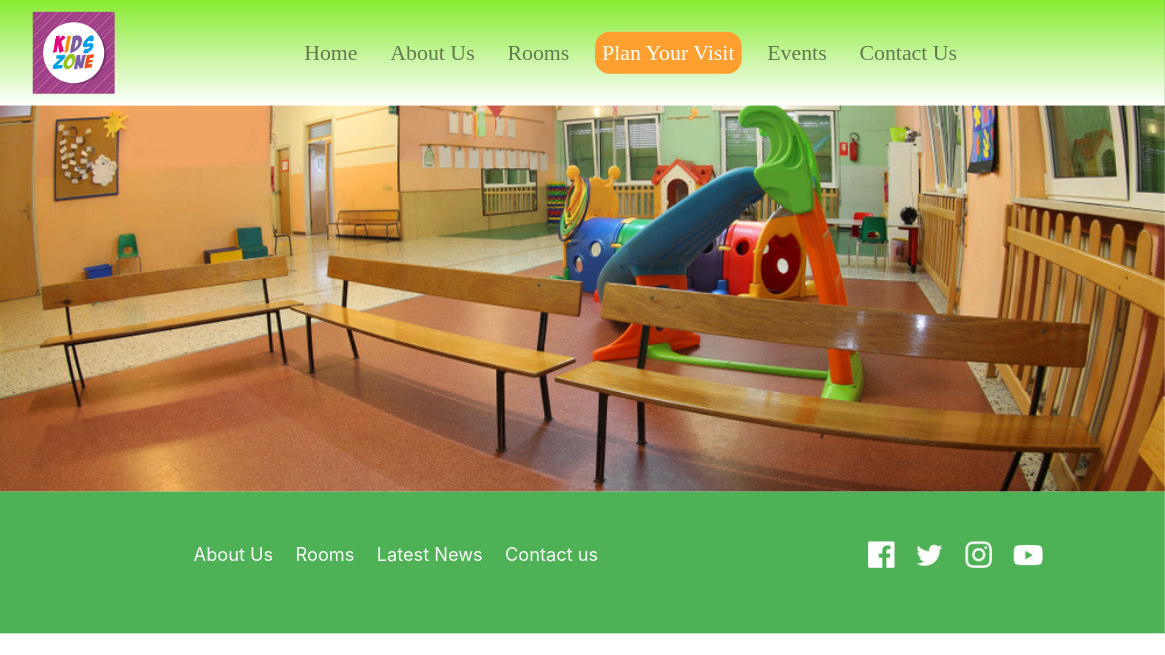
Repository: Code-Institute-Submissions/my-first-frontend-milestone-project
Page: planyourvisit.html
The author's editor kept a record of every edit. The page is drawn from the files as they stood at one moment, then again after the next edit.
The browser window is 1280 px wide. The pictures show the whole page, at 91% of full size.
Some web fonts or font styles are not loaded; a fallback is used.

Above is the page before.

### planyourvisit.html
<!DOCTYPE html>
<html lang="en">

<head>
    <meta charset="UTF-8">
    <meta name="viewport" content="width=device-width, initial-scale=1.0">
    <meta http-equiv="X-UA-Compatible" content="ie=edge">
    <script src="https://code.jquery.com/jquery-3.3.1.slim.min.js" integrity="sha384-q8i/X+965DzO0rT7abK41JStQIAqVgRVzpbzo5smXKp4YfRvH+8abtTE1Pi6jizo" crossorigin="anonymous"></script>
    <script src="https://cdnjs.cloudflare.com/ajax/libs/popper.js/1.14.7/umd/popper.min.js" integrity="sha384-UO2eT0CpHqdSJQ6hJty5KVphtPhzWj9WO1clHTMGa3JDZwrnQq4sF86dIHNDz0W1" crossorigin="anonymous"></script>
    <link rel="stylesheet" href="https://stackpath.bootstrapcdn.com/bootstrap/4.3.1/css/bootstrap.min.css" integrity="sha384-ggOyR0iXCbMQv3Xipma34MD+dH/1fQ784/j6cY/iJTQUOhcWr7x9JvoRxT2MZw1T" crossorigin="anonymous">
    <script src="https://stackpath.bootstrapcdn.com/bootstrap/4.3.1/js/bootstrap.min.js" integrity="sha384-JjSmVgyd0p3pXB1rRibZUAYoIIy6OrQ6VrjIEaFf/nJGzIxFDsf4x0xIM+B07jRM" crossorigin="anonymous"></script>
    <link rel="stylesheet" href="https://maxcdn.bootstrapcdn.com/font-awesome/4.7.0/css/font-awesome.min.css" type="text/css" />
    <link rel="stylesheet" href="css/style.css">
    <title>KiddosSpot</title>
</head>

<body>
    <header>
        <!-- Used Bootstrap for basic nav. EGB -->
        <nav class="navbar fixed-top navbar-light
         navbar-expand-lg  navbar-fixed-top navstyle">
            <a class="navbar-brand" href="#">
           <img src="./images/logo.jpg" class="logo" alt="Kid's Spot Logo">
          </a>
            <button class="navbar-toggler" type="button" data-toggle="collapse" data-target="#navbarSupportedContent" aria-controls="navbarSupportedContent" aria-expanded="false" aria-label="Toggle navigation">
              <span class="navbar-toggler-icon"></span>
          </button>
            <div class="collapse navbar-collapse" id="navbarSupportedContent">
                <ul class="nav navbar-nav mr-auto" style=" margin: 0 auto;">
                    <li class="nav-item">
                        <a class="nav-link" href="index.html">Home <span class="sr-only">(current)</span></a>
                    </li>
                    <li class="nav-item">
                        <a class="nav-link about-menu" href="about.html">About Us</a>
                    </li>
                    <li class="nav-item">
                        <a class="nav-link" href="rooms.html">Rooms</a>
                    </li>
                    <li class="nav-item active4">
                        <a class="nav-link" href="planyourvisit.html">Plan Your Visit</a>
                    </li>
                    <li class="nav-item">
                        <a class="nav-link" href="events.html">Events</a>
                    </li>
                    <li class="nav-item">
                        <a class="nav-link" href="contact.html">Contact Us</a>
                    </li>
            </div>
        </nav>
    </header>

    <section>
        <!-- Bootstrap grid approach for columns -->
        <div class="container-fluid">
            <div class="row">
                <div class="col-12 banner-your-visit"> </div>
            </div>
            <!--
            <div class="row">
                <div class="col-12 subtitle">
                    <h2>Page in Construction</h2>
                    <h3>Stay tuned!</h3>
                </div>
            </div>
            <div class = "row">
                <div class= "col-md-6 compact-paragraph">
                    <h2 class="subtitle-plan-your-visit">Admissions</h2>
                    <p>Adults/Children: $9.75</p>
                    <p>Military: $8.75</p>
                    <p>Seniors: $8.75</p>
                    <p>Children under 12 months: Free!</p>
                    <p>KiddosSpotWeekday Members:</p>
                    <p>Free (Mon. - Fri.) & 1/2 Off Weekends</p>
                </div>
                <div class= "col-md-6 compact-paragraph">
                    <h2 class="subtitle-plan-your-visit">Hours</h2>
                    <p>Everyday: 10 am - 8 pm</p>
                    <p>Closed on major Holidays</p>
                    <h2 class="subtitle-plan-your-visit" style="padding-top:15px;">Our Location</h2>
                    <p>100 Playtime Drive</p>
                    <p>Holly Ridge, NC 24485</p>
                    <br>
                    <p>GET DIRECTIONS</p>
                </div>
            </div>

        </div>
        <!-- container fluid -->
    </section>
    <footer class="container-fluid">
        <div id="footer-details" class="row">
            <div class="col-sm-8">
                <nav id="menu-widget-2">
                    <ul>
                        <li>
                            <a href="about.html">About Us</a></li>
                        <li>
                            <a href="rooms.html">Rooms</a></li>
                        <li>
                            <a href="news.html">Latest News</a></li>
                        <li>
                            <a href="contact.html">Contact us</a></li>
                    </ul>
                </nav>
            </div>
            <div id="social-media" class="col-sm-4">
                <a href="#" target="_blank">
                        <img src="./images/facebook.png">
                </a>
                <a href="#" target="_blank">
                        <img src="./images/twitter.png">
                </a>
                <a href="#" target="_blank">
                        <img src="./images/instagram.png">
                </a>
                <a href="#" target="_blank">
                        <img src="./images/youtube.png">
                </a>
            </div>
        </div>
    </footer>
</body>

</html>

### css/style.css
/*@import url('https://fonts.googleapis.com/css?family=Roboto:100,200,300,400,500,600,700|Exo:100,200,300,400,500,600,700');*/
@import url('https://fonts.googleapis.com/css?family=Salsa&effect=shadow-multiple&display:100,200,300,400,500,600,700');


hr {
   margin-top: 20px;
   margin-bottom: 20px;
   border: 0;
   border-top: 1px solid #eee;
 }


.navstyle{
  background-image:linear-gradient(#87EB31, white);
}


/* might need to add mouse-click evet  to keep it purple*/
.navbar-toggler{
  border: 1px solid #AB6BFF !important;
}


/* Style the text of the menu */
.navbar .nav > li > a{
font-family: 'Salsa', cursive;
font-size: 1.5em;
font-weight: normal;
padding: 5px 40px;
margin-right: 20px;
}

/* Menu Hower Style. Overridding Bootstrap's*/
.navbar-nav .nav-item.active .nav-link {
 background-color: #4FB156; /*green*/
 border-radius: 16px;
 color: white;
}

/* Menu Hower Style. Overridding Bootstrap's*/
.navbar-nav .nav-item.active2 .nav-link {
 background-color:#AB6BFF; /*purple*/
 border-radius: 16px;
 color: white;
}

/* Menu Hower Style. Overridding Bootstrap's*/
.navbar-nav .nav-item.active3 .nav-link {
 background-color:#FF3932 ; /*red*/
 border-radius: 16px;
 color: white;
}

/* Menu Hower Style. Overridding Bootstrap's*/
.navbar-nav .nav-item.active4 .nav-link {
 background-color: #FF9F30; /*orange*/
 border-radius: 16px;
 color: white;
}

/* Menu Hower Style. Overridding Bootstrap's*/
.navbar-nav .nav-item.active5 .nav-link {
 background-color: #FF3932; /*red*/
 border-radius: 16px;
 color: white;
}

/* Menu Hower Style. Overridding Bootstrap's*/
.navbar-nav .nav-item.active6 .nav-link {
 background-color: #00BCE4;  /*teal*/
 border-radius: 16px;
 color: white;
}


/* Smooth delay on menu hovering */
.nav-link {
     transition: all 250ms ease-in-out;
}

.navbar-nav .nav-item:hover .nav-link  {
 background-color:#4FB156; /*green*/
 border-radius: 16px;
 color: white;
}

.navbar-nav .nav-item:nth-child(2):hover .nav-link  {
 background-color: #AB6BFF; /*purple*/
 border-radius: 16px;
 color: white;
}

.navbar-nav .nav-item:nth-child(3):hover .nav-link  {
 background-color: #FF3932; /*bright red*/
 border-radius: 16px;
 color: white;
}

.navbar-nav .nav-item:nth-child(4):hover .nav-link  {
 background-color: #FF9F30; /*orange*/
 border-radius: 16px;
 color: white;
}

.navbar-nav .nav-item:nth-child(5):hover .nav-link  {
 background-color: #FF3932;
 border-radius: 16px;
 color: white;
}

.navbar-nav .nav-item:nth-child(6):hover .nav-link  {
 background-color: #00BCE4;  /*teal*/
 border-radius: 16px;
 color: white;
}

.logo {
    width:90px;
    height:90px;
    margin-left:20px;
}

/**** Banner images****/

.banner-home {
  height: 40vh;
  background: url("../images/banner-home.jpg") no-repeat center center;
  -webkit-background-size: cover;
  -moz-background-size: cover;
  -o-background-size: cover;
  background-size: cover;
  margin-bottom: 50px;
  margin-top: 30px;
}

.banner-center {
  height: 40vh;
  background: url("../images/happy-kids.jpg") no-repeat center center;
  -webkit-background-size: cover;
  -moz-background-size: cover;
  -o-background-size: cover;
  background-size: cover;
  margin-bottom: 50px;
  margin-top: 30px;
}


.banner-about-us {
  height: 40vh;
  background: url("../images/about-us.jpg") no-repeat center center;
  -webkit-background-size: cover;
  -moz-background-size: cover;
  -o-background-size: cover;
  background-size: cover;
}

.about-us-banner-center {
  height: 40vh;
  background: url("../images/child-hand-paint.jpg") no-repeat center center;
  -webkit-background-size: cover;
  -moz-background-size: cover;
  -o-background-size: cover;
  background-size: cover;
  margin-bottom: 50px;
  margin-top: 30px;
}

.banner-your-visit {
  height: 40vh;
  background: url("../images/plan-your-visit.jpg") no-repeat center center;
  -webkit-background-size: cover;
  -moz-background-size: cover;
  -o-background-size: cover;
  background-size: cover;
}

.banner-events {
  height: 40vh;
  background: url("../images/events.jpg") no-repeat center center;
  -webkit-background-size: cover;
  -moz-background-size: cover;
  -o-background-size: cover;
  background-size: cover;
}

.banner-contact-us {
  height: 40vh;
  background: url("../images/contact-us.jpg") no-repeat center center;
  -webkit-background-size: cover;
  -moz-background-size: cover;
  -o-background-size: cover;
  background-size: cover;
}

.banner-rooms {
  height: 40vh;
  background: url("../images/rooms.jpg") no-repeat center center;
  -webkit-background-size: cover;
  -moz-background-size: cover;
  -o-background-size: cover;
  background-size: cover;
}

/********* Home Page **********/

.maintitle {
  padding: 70px 20px 20px;
  color: #76F134; /* green*/
  font-family: 'Salsa', cursive;
  text-shadow: 3px 3px 3px #FF3932;
  animation-name: headingline;
  animation-duration: 4s;
  text-align: center;
}

/* Add animation to the heading*/
@keyframes headingline {
  0%   {color:#FF3932;}
  25%  {color:#AB6BFF;}
  50%  {color:#FF9F30;}
  75%  {color:#87EB31;}
  100% {color:#00bce4;}
}

.uppercase {
    text-transform: uppercase;
}

.main-text-wrapper{
    width:100%;
    margin:15px auto;
    text-align: center;
}

.main-image-wrapper{
    width:100%;
    margin:15px auto;
    text-align: center;
}

.subtitle{
    font-family: 'Salsa', cursive;
    font-weight: 200;
    margin-top: 20px;
    text-align: center;
    padding: 30px 0px;
    color: #4FB156; /* #76F134; signature green */
    text-shadow: 2px 2px 2px #FF3932;
}

.subtitle-about{
    font-family: 'Salsa', cursive;
    font-weight: 200;
    margin-top: 20px;
    text-align: center;
    padding: 30px 0px;
    color: #AB6BFF; /*purple */
    text-shadow: 2px 2px 2px #FF3932;
}

.subtitle-contact{
    font-family: 'Salsa', cursive;
    font-weight: 200;
    margin-top: 20px;
    text-align: center;
    padding: 30px 0px;
    color:#00bce4;
    text-shadow: 2px 2px 2px #FF3932;
}

.subtitle-plan-your-visit{
    font-family: 'Salsa', cursive;
    font-weight: 200;
    margin-top: 20px;
    text-align: center;
    padding: 30px 20px 20px 30px;
    color:#FF9F30;
    text-shadow: 2px 2px 2px #FF3932;
}


/****** Business Highlights ****/

.text-container{
    float:left;
    width:100%;
    text-align: center;
    margin:10px auto;
}

#science, #sports, #arts, #games  {
    border-radius: 50px;
    color:white;
    padding:30px;
}

/* Transform effect code taken from Avada's theme */
.room1:hover, .room2:hover, .room3:hover, .room4:hover {
    -webkit-transform: perspective(1000px) scale(1.03);
    transform: perspective(1000px) scale(1.03);
    -webkit-box-shadow: 0 0 10px #87EB31;
    -moz-box-shadow: 0 0 10px #87EB31;
     box-shadow: 0 0 10px #87EB31;
    -o-box-shadow: 0 0 10px #87EB31;
    -ms-box-shadow: 0 0 10px #87EB31;
}


#science {
  background-color:#FF3932;
  -webkit-box-shadow: 0 0 10px #FF3932;
  -moz-box-shadow: 0 0 10px #FF3932;
   box-shadow: 0 0 10px #FF3932;
  -o-box-shadow: 0 0 10px #FF3932;
  -ms-box-shadow: 0 0 10px #FF3932;
}
#sports {
  background-color:#AB6BFF;
  -webkit-box-shadow: 0 0 10px #AB6BFF;
  -moz-box-shadow: 0 0 10px #AB6BFF;
   box-shadow: 0 0 10px #AB6BFF;
  -o-box-shadow: 0 0 10px #AB6BFF;
  -ms-box-shadow: 0 0 10px #AB6BFF;
}
#arts {
  background-color:#FF9F30;
  -webkit-box-shadow: 0 0 10px #FF9F30;
  -moz-box-shadow: 0 0 10px #FF9F30;
   box-shadow: 0 0 10px #FF9F30;
  -o-box-shadow: 0 0 10px #FF9F30;
  -ms-box-shadow: 0 0 10px #FF9F30;
}

#games {
  background-color:#00BCE4;
  -webkit-box-shadow: 0 0 10px #00BCE4;
  -moz-box-shadow: 0 0 10px #00BCE4;
   box-shadow: 0 0 10px #00BCE4;
  -o-box-shadow: 0 0 10px #00BCE4;
  -ms-box-shadow: 0 0 10px #00BCE4;
}


/******* Rooom Gallery *******/

.gallery{
   margin:auto;
   text-align: center;
}

.gallery ul {
    display: inline-block;
    padding-bottom: 25px;
    padding-left:0px;
}

.gallery ul > li {
    position: relative;
    display: inline-block;
    min-height: 250px;
    width: auto;
    margin: 8px 1px 8px 0px;
    border: 1px solid #76F134;
    clear:both;
    border-radius: 25px;
    padding:0px;
}

.gallery_caption {
    position: relative;
    background-color:#76F134; /*green*/
    color:rgba(0,0,0,.8);
    min-height: 40px;
    width:auto;
    padding-top: 10px;
    text-align: center;
    opacity: .95;
    border-bottom-left-radius:25px;
    border-bottom-right-radius:25px;
}

.room1  img, .room2 img, .room3 img, .room4 img {
    border-top-left-radius:25px;
    border-top-right-radius:25px;
}


/* Transform effect code taken from Avada's theme */
.room1:hover, .room2:hover, .room3:hover, .room4:hover {
    -webkit-transform: perspective(1000px) scale(1.03);
    transform: perspective(1000px) scale(1.03);
    -webkit-box-shadow: 0 0 10px #87EB31;;
     box-shadow: 0 0 10px #87EB31;;
    -moz-box-shadow: 0 0 10px #87EB31;;
    -o-box-shadow: 0 0 10px #87EB31;;
    -ms-box-shadow: 0 0 10px #87EB31;;
}

/****** Buttons *******/

.gallery-btn{
    display:inline-block;
    width: 300px;
    text-align: center;
    background:#76F134;
    border: none;
    color:rgba(0,0,0,.8);
    font-weight: bold;
    font-size: 20px;
    letter-spacing: 3px;
    padding-top:20px;
    padding-bottom: 20px;
    text-transform: uppercase;
    text-decoration: none;
    font-family: 'Salsa', cursive;
    margin-bottom:30px;
}


.gallery-btn:hover {
    background:#FF3932;
    color:white;
    text-decoration: none;
}

.planyourvisit-btn{
    display:inline-block;
    width: 300px;
    text-align: center;
    background:#AB6BFF;
    color:black;
    font-weight: bold;
    font-size: 20px;
    letter-spacing: 3px;
    padding-top:20px;
    padding-bottom: 20px;
    text-transform: uppercase;
    text-decoration: none;
    font-family: 'Salsa', cursive;
    margin-bottom:15px;
    /*margin-top:70px;*/
}

.planyourvisit-btn:hover {
    background:#FF9F30;
    color:white;
    text-decoration: none;
}

.getdirections-btn{
    display:inline-block;
    width: 200px;
    text-align: center;
    background: #FF9F30;
    color:black;
    font-weight: bold;
    font-size: 15px;
    letter-spacing: 2px;
    padding-top:10px;
    padding-bottom: 10px;
    text-transform: uppercase;
    text-decoration: none;
    font-family: 'Salsa', cursive;
    margin-bottom:40px auto 40px 15px;
  /*  margin-top:40px;
    margin-left:15px; */
}

.getdirections-btn:hover {
    background:#FF9F30;
    color:white;
    text-decoration: none;
}



/**************Theme of the month *************/

/* Built gradiente background code with: https://cssgradient.io/gradient-backgrounds/ using the colors from my website*/
.theme-wrapper {
    background-color: #ff9f30;
   /* background-image: linear-gradient(209deg, #ff9f30 0%, #ff3232 24%, #ab6bff 49%, #76f134 75%, #00bce4 100%);*/
    background: linear-gradient(209deg, #ff9f30 0%, #ff3232 24%, #ab6bff 49%, #76f134 75%, #00bce4 100%) no-repeat center center;
    background-size: cover;
    width:100%;
    padding: 20px;
    color:#fafafa;
    font-size: larger;
    margin:20px auto 0px;

}

.theme-subtitle-wrapper {
    font-family: 'Salsa', cursive;
    font-weight: 200;
    text-align: center;
    color: #fafafa;
    padding-top: 15px;
    padding-bottom: 20px;
}

.theme-pic-wrapper {
    display: flex;
    align-items: center;
    flex-direction: column;
    justify-content: center;
    overflow:hidden;
}

.theme-text-wrapper {
    padding:10px;
}

/************ About Us Page *************/

.about-title {
    padding: 50px 0px 30px;
    text-align: center;
}

.about-image {
    padding: 20px;
    text-align: center;
    margin:auto;
}

.about-text{
    padding:20px 60px 10px 60px;
}


 /**** Timeline section *****/
 /* This code was taken from w3 school's website */

/* The actual timeline (the vertical ruler) */
.timeline {
  position: relative;
  max-width: 1068px;
  margin: 0 auto 55px;
}

/* The actual timeline (the vertical ruler) */
.timeline::after {
  content: '';
  position: absolute;
  width: 6px;
  background-color: #6D0ECC; /*purple*/
  top: 0;
  bottom: 0;
  left: 50%;
  margin-left: -3px;
}

/* Container around content */
.container-2 {
  padding: 10px 40px;
  position: relative;
  width: 50%;
}

/* The circles on the timeline */
.container-2::after {
  content: '';
  position: absolute;
  width: 25px;
  height: 25px;
  right: -17px;
  background-color: white;
  border: 4px solid #8812FF; /* purple*/
  top: 15px;
  border-radius: 50%;
  z-index: 1;
}

/* Place the container to the left */
.left {
  left: 0;
}

/* Place the container to the right */
.right {
  left: 50%;
}

/* Add arrows to the left container (pointing right) */
.left::before {
  content: " ";
  height: 0;
  position: absolute;
  top: 22px;
  width: 0;
  z-index: 1;
  right: 30px;
  border: medium solid #87EB31;
  border-width: 10px 0 10px 10px;
  border-color: transparent transparent transparent #87EB31;
}

/* Add arrows to the right container (pointing left) */
.right::before {
  content: " ";
  height: 0;
  position: absolute;
  top: 22px;
  width: 0;
  z-index: 1;
  left: 30px;
  border: medium solid #87EB31;
  border-width: 10px 10px 10px 0;
  border-color: transparent #87EB31 transparent transparent;
}

/* Fix the circle for containers on the right side */
.right::after {
  left: -12px; /*-16px*/
}

/* Fix the circle for containers on the right side */
.left::after {
  right: -13px;
}

/* The actual content */
.content {
  padding: 20px 30px;
  background-color: #87EB31; /*==> green */
  position: relative;
  border-radius: 6px;
}


/* Media queries - Responsive timeline on screens less than 600px wide */
@media screen and (max-width: 600px) {
/* Place the timelime to the left */
  .timeline::after {
    left: 31px;
  }

/* Full-width containers */
  .container-2 {
    width: 100%;
    padding-left: 70px;
    padding-right: 25px;
  }

/* Make sure that all arrows are pointing leftwards */
  .container-2::before {
    left: 60px;
    border: medium solid #87EB31;
    border-width: 10px 10px 10px 0;
    border-color: transparent #87EB31 transparent transparent;
  }

/* Make sure all gallery-btn are at the same spot */
  .left::after, .right::after {
    left: 15px;
  }

/* Make all right containers behave like the left ones */
  .right {
    left: 0%;
  }
}



/**** What Parents Are Saying section *****/

.quote {
    text-align: center;
    width:90%;
    height:auto;
    color: inherit;
    display:inline-block;
    padding-top:10px;
    padding-bottom:10px;
    margin: 0 1% 0 1%;
 }

.border {
 position: absolute;
 border: .5px solid grey !important;
 width: 40%;
 left:25%;
 }

.customer-review {
    display: block;
    padding: 25px;
    line-height: 30px;
    font-size: 18px;
    text-align: center;
    letter-spacing: 2px;
    font-style: italic;
 }

.review-author {
    margin-top: 25px;
    font-size: 18px;
    text-align: center;
    letter-spacing: 2px;
    text-transform:uppercase;
 }

.dotted-separator{
    border-color: #fb6667;
    border-width: 5px;
    margin:30px auto 30px;
    width: 100%;
    max-width: 50%;
    border-top-style: dotted;
 }

/************* Plan Your Visit *************/

.compact-paragraph {
    display:inline-block;
    width: auto;
    padding:20px 20px 20px 20px;
    word-wrap: break-word;
    text-align: center;
    margin: 10px auto 0px;
  }

  .compact-paragraph p {
    margin: 0; /* no margin to reduce space between paragraphs*/
    line-height: normal;
  }

/************* Contact us page *************/

.contact-form-wrapper {
    width: 60%;
    margin: auto;
 }

.first-name{
    width:100%;
    display:inline-block;
    padding-right: 1%;
 }

.last-name{
   width:100%;
   display:inline-block;
}

.text-area{
   padding: 30px;
   margin: 6px 0 4px;
 }

.form-control{
   background: #fafafa;
 }

.btn-submit{
   background: #00bce4;
   color: white;
   text-transform: uppercase;
   font-weight:700;
 }

.btn-submit:hover {
   background: #FF3932;
 }

.location-wrapper {
   margin-top: 30px;
   margin-bottom: 30px;
   text-align: center;
 }

.phone-wrapper, .email-wrapper  {
   float:left;
   width:49%;
   text-align: center;
   margin:auto;
 }

.email-wrapper {
   padding-left: 1%;
 }

/***************  Footer *****************/

/* Style footer section */
footer {
   background-color: #4FB156; /*#5E8041; *//*#85CA30;*/
   color: #fafafa;
   min-height: 100px;
  /* margin-top: 60px;*/
 }

#footer-details {
   padding: 25px;
 }

#menu-widget-2 ul {
   text-align:center;
   padding:20px;
   display:block;
 }

#menu-widget-2 li {
   display: inline-block;
   font-size: 20px;
   padding: 10px;
 }

#menu-widget-2 li a {
   color:inherit;
}

#menu-widget-2 li a:hover{
    opacity: .8;
    text-decoration: none;
 }

#social-media{
    text-align:center;
    padding:20px;
    display: block;
}

#social-media a {
    padding: 10px;
    display: inline-block;
 }

#social-media a:hover{
    opacity: .8;
 }


/******** Media Queries *******/

@media only screen and (min-width: 768px)  {
  h1{
    font-size: 50px;
  }

  h2{
    font-size: 40px;
  }

.about-text{
  padding: 20px 80px 20px 80px;
  display:inline-block;
}

.border {
  position:absolute;
  display:block;
  border: .4px solid grey !important;
  height: 70%;
  width: 0;
  left:95%;
  right:0;
  top:15%;
  padding:0;
 }

.subtitle-theme {
   text-align: center;
   color: #76F134;
   padding:5px 5px 0px 0px;
 }

.banner-home, .banner-center, .banner-contact-us, .banner-about-us,
 .banner-your-visit, .banner-events, .banner-rooms{
    height: 75vh;
 }

 .about-us-banner-center {
     height:60vh;
 }

.first-name, .last-name{
    width:49.5%;
 }
}

/****** iPad only ******/
@media only screen and (min-width: 768px) and (max-width:1024px){

.gallery ul {
     padding-left:0px;
 }

.gallery ul > li {
     margin: 15px;
 }

.theme-wrapper {
      padding:20px 20px 20px 30px;  /*eb*/
  }
}

@media only screen and (min-device-width : 768px) and (max-device-width : 900px){

.text-container{
    width:40%;
    margin:10px 10px 10px 43px;
 }
}


/***** Desktop only ******/

@media only screen and (min-width: 1024px){

.main-text-wrapper{
   width:45%;
   position: relative;
   top:-70px;
   display: inline-block;
   margin: 15px 15px 15px 30px;
   padding-left: 20px;
}

.main-image-wrapper {
   width:45%;
   display: inline-block;
   position: relative;
   overflow: hidden;
   margin:15px 15px 15px 30px;
}

.text-container{
    width:40%;
    margin: 10px 40px 10px 50px;
 }

.gallery ul {
     padding-left:0px;
 }

.gallery ul > li {
     margin: 8px 8px 0px 8px;
 }

 .theme-wrapper {
      padding:20px 20px 40px 20px;
  }
}

After the next edit:
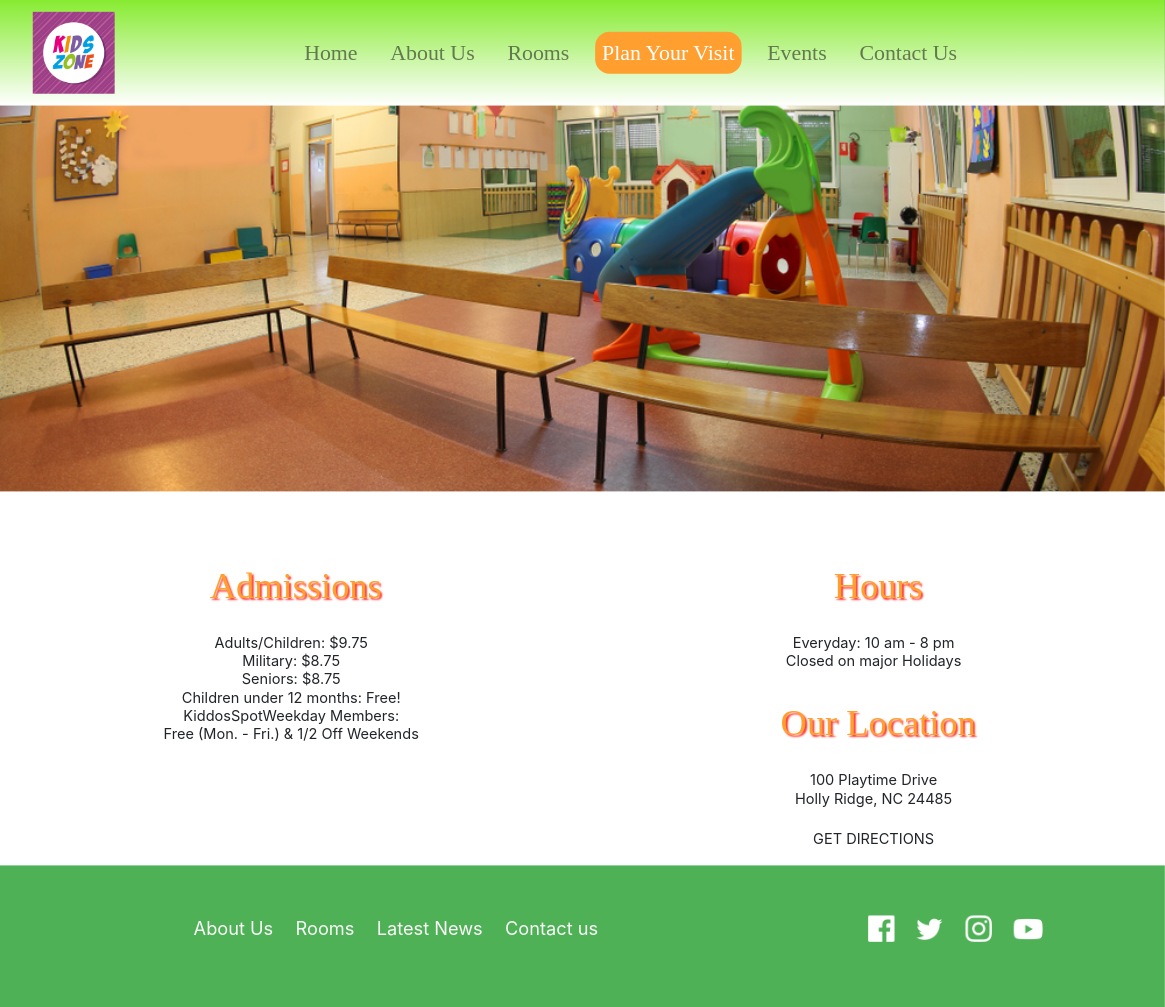
The edit:
--- a/planyourvisit.html
+++ b/planyourvisit.html
@@ -54,13 +54,6 @@
         <div class="container-fluid">
             <div class="row">
                 <div class="col-12 banner-your-visit"> </div>
-            </div>
-            <!--
-            <div class="row">
-                <div class="col-12 subtitle">
-                    <h2>Page in Construction</h2>
-                    <h3>Stay tuned!</h3>
-                </div>
             </div>
             <div class = "row">
                 <div class= "col-md-6 compact-paragraph">
